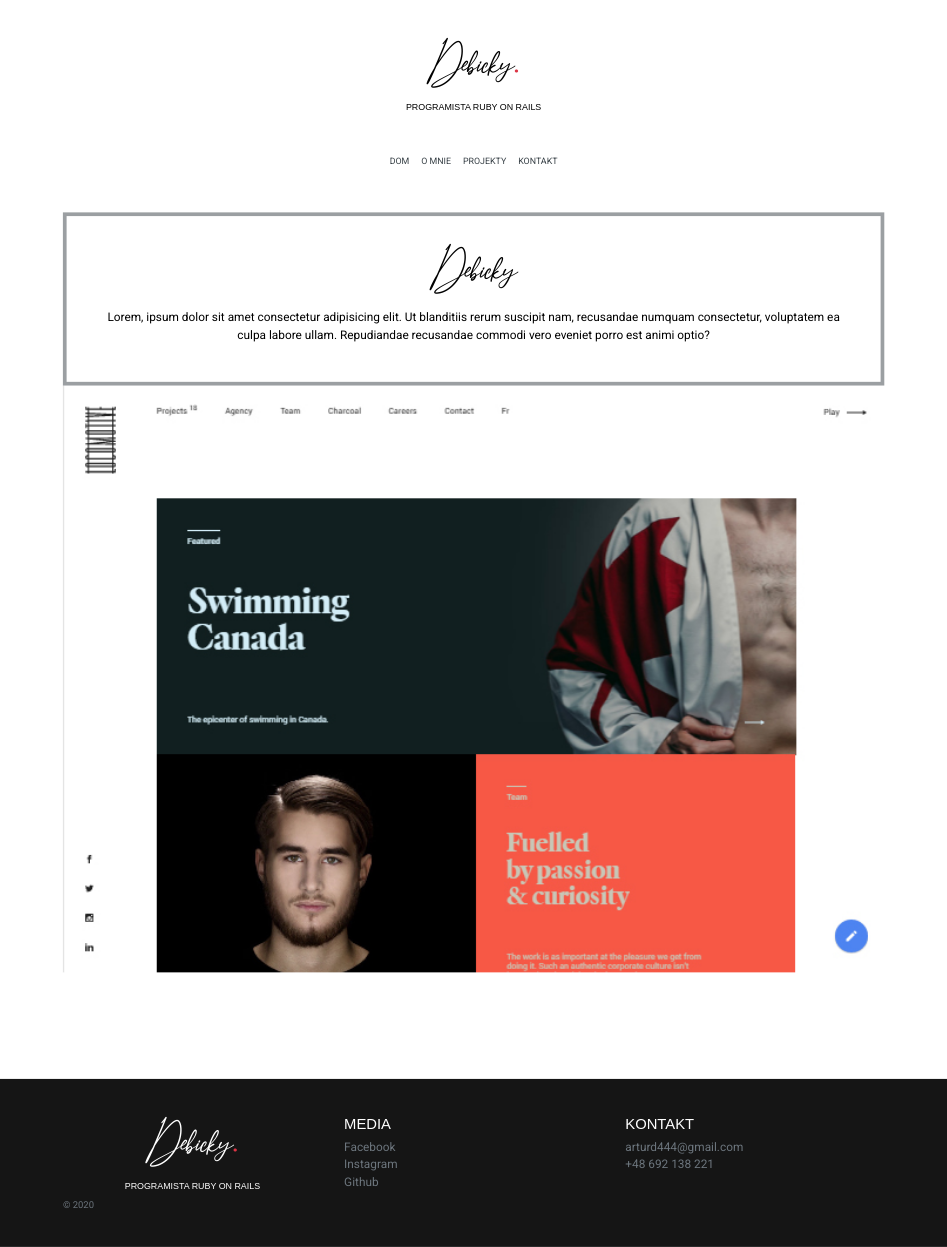
Repository: debicky/debicky.github.io
Page: index.html
An editor plug-in stored every save of this project. The page is shown before and after a run of saves, followed by the edit.
The browser window is 1280 px wide. The pictures show the whole page, at 74% of full size.
Some web fonts or font styles are not loaded; a fallback is used. Some web libraries are served in a nearby version.

Above is the page before, as saved 2020-06-10 11:01:15.

After the next 5 saves:
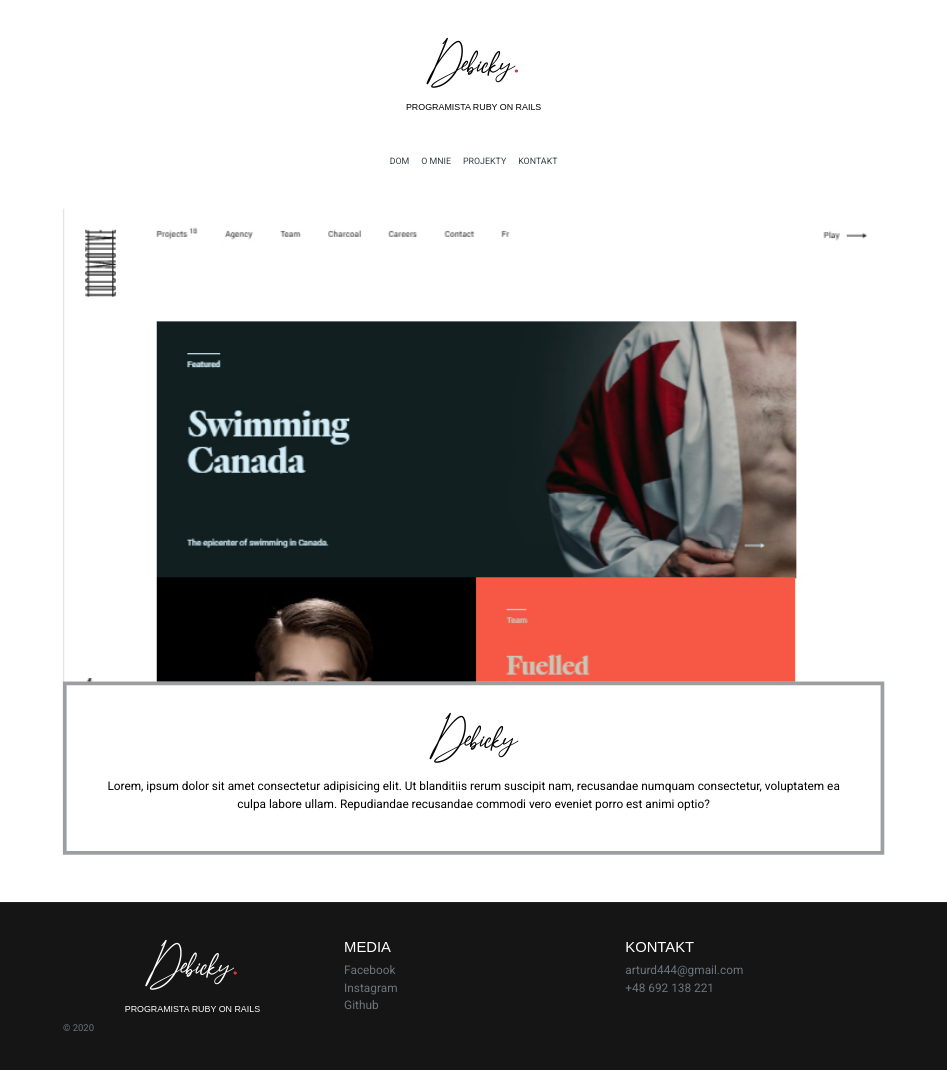
The 5 saves are shown as one change because they came seconds apart.
The last was saved 20 s later.
--- a/styles.css
+++ b/styles.css
@@ -167,6 +167,7 @@ a.text-muted:hover{
   }
 
   .about-description{
-
+    position: absolute;
+    top: 80%;
   }
 }
